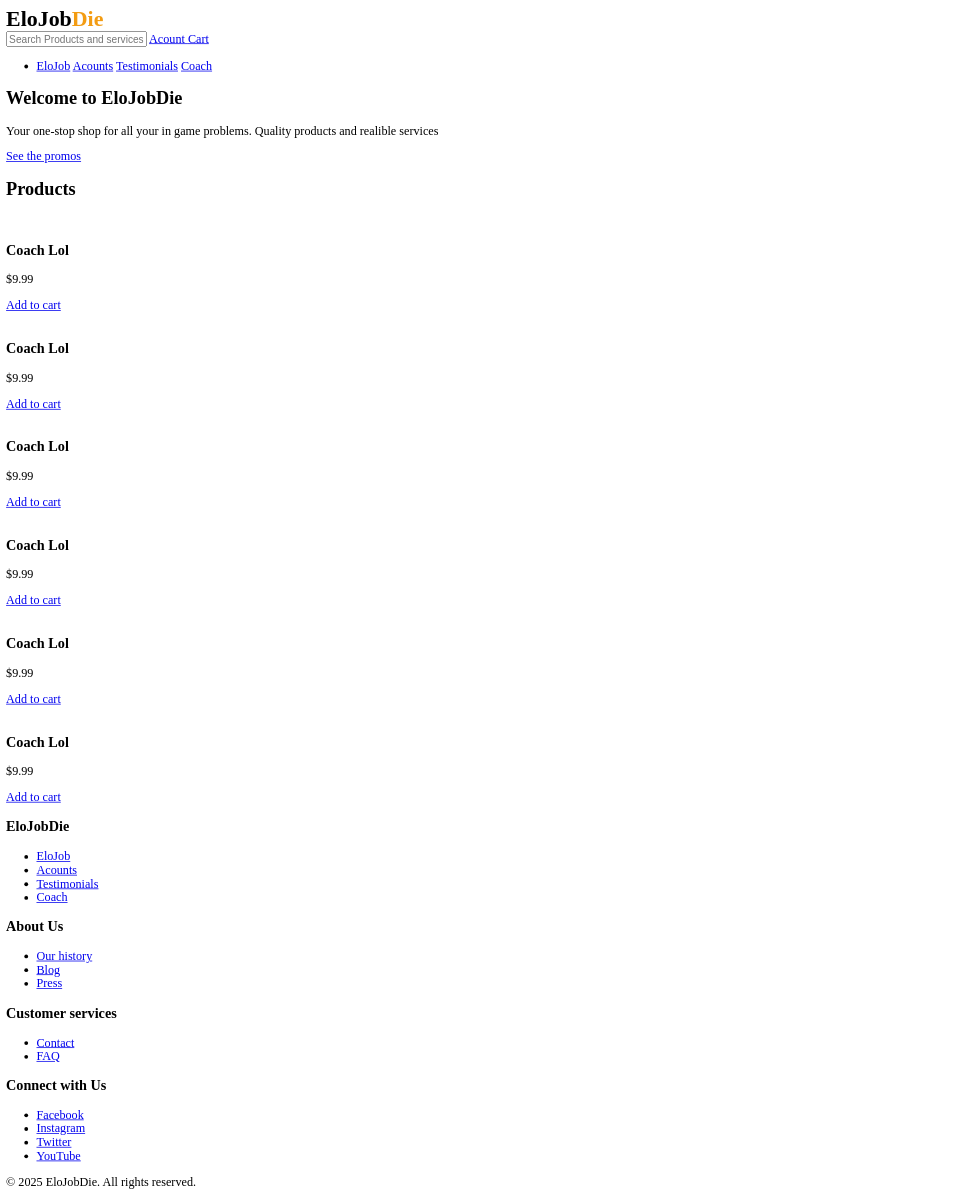
Repository: JustTheHero/web_online_store
Page: homePage.html
The author's editor kept a copy of each file at every save. The page is drawn from the files as they stood at one save, then again after the next save.
The browser window is 1280 px wide. The pictures show the whole page, at 76% of full size.

Above is the page before, as saved 2025-04-24 09:41:39.

### homePage.html
<!DOCTYPE html>
<html>
<head>
    <meta charset="UTF-8">
    <meta name="viewport" content="width=device-width, initial-scale=1.0">
    <title>EloJobDie</title>
    <style>
        .logo {
            font-size: 1.8rem;
            font-weight: bold;
        }
        .logo span {
            color: #f39c12;
        }
    </style>
</head>
<body>
    <header>
        <div class="container_header">
            <div class="logo">
                EloJob<span>Die</span>
            </div>
            <div class="search_bar">
                <input type = "text" placeholder = "Search Products and services"
            </div>
            <dic class = "icons_navigation">
                <a href="#accont"> Acount
                </a>
                <a href="#cart"> Cart
                </a>
            </dic>
        </div>
    </header>
    <nav>
        <div class = "container_nav">
            <ul class = "nav_itens">
                <li>
                    <a href="#elojob">EloJob</a>
                    <a href="#acounts">Acounts</a>
                    <a href="#testimonials">Testimonials</a>
                    <a href="#coach">Coach</a>
                </li>
            </ul>
        </div>
    </nav>
    <section class = "welcome">
        <div class = "container_welcome">
            <h1>Welcome to EloJobDie</h1>
            <p>Your one-stop shop for all your in game problems. Quality products and realible services</p>
            <a href="#promos">See the promos</a>
        </div>
    </section>

    <section class="products">
        <div class = "container_products">
            <h2>Products</h2>
            <div class = "grid_products">
               <div class = "card_products">
                <div class = "image_products">
                    <img src="" alt="">
                </div>
                <div class = "info_products">
                    <h3 class = "title_product">Coach Lol</h3>
                    <p class = "price_product">$9.99</p>
                    <a href="#add_to_cartc"class = "btn">Add to cart</a>
                </div>
               </div>
            </div>
               <div class = "card_products">
                <div class = "image_products">
                    <img src="" alt="">
                </div>
                <div class = "info_products">
                    <h3 class = "title_product">Coach Lol</h3>
                    <p class = "price_product">$9.99</p>
                    <a href="#add_to_cartc"class = "btn">Add to cart</a>
                </div>
               </div>
            </div>
               <div class = "card_products">
                <div class = "image_products">
                    <img src="" alt="">
                </div>
                <div class = "info_products">
                    <h3 class = "title_product">Coach Lol</h3>
                    <p class = "price_product">$9.99</p>
                    <a href="#add_to_cartc"class = "btn">Add to cart</a>
                </div>
               </div>
            </div>
               <div class = "card_products">
                <div class = "image_products">
                    <img src="" alt="">
                </div>
                <div class = "info_products">
                    <h3 class = "title_product">Coach Lol</h3>
                    <p class = "price_product">$9.99</p>
                    <a href="#add_to_cartc"class = "btn">Add to cart</a>
                </div>
               </div>
            </div>
               <div class = "card_products">
                <div class = "image_products">
                    <img src="" alt="">
                </div>
                <div class = "info_products">
                    <h3 class = "title_product">Coach Lol</h3>
                    <p class = "price_product">$9.99</p>
                    <a href="#add_to_cartc"class = "btn">Add to cart</a>
                </div>
               </div>
            </div>
               <div class = "card_products">
                <div class = "image_products">
                    <img src="" alt="">
                </div>
                <div class = "info_products">
                    <h3 class = "title_product">Coach Lol</h3>
                    <p class = "price_product">$9.99</p>
                    <a href="#add_to_cartc"class = "btn">Add to cart</a>
                </div>
               </div>
            </div>
        </div>
    </section>
    <footer>
        <div class = "container_footer">
            <div class = "content_footer">
                <div class = "col_footer">
                    <h3>EloJobDie</h3>
                    <ul>
                        <li><a href="#elojob">EloJob</a></li>
                        <li><a href="#acounts">Acounts</a></li>
                        <li><a href="#testimonials">Testimonials</a></li>
                        <li><a href="#coach">Coach</a></li>
                    </ul>

                </div>
                <div class = "col_footer">
                    <h3>About Us</h3>
                    <ul>
                        <li><a href="#history">Our history</a></li>
                        <li><a href="#blog">Blog</a></li>
                        <li><a href="#press">Press</a></li>
                    </ul>
                </div>
                <div class = "col_footer">
                    <h3>Customer services</h3>
                    <ul>
                        <li><a href="#contact">Contact</a></li>
                        <li><a href="#faq">FAQ</a></li>
                    </ul>
                </div>
                <div class = "col_footer">
                    <h3>Connect with Us</h3>
                    <ul>
                        <li><a href="#facebook">Facebook</a></li>
                        <li><a href="#instagram">Instagram</a></li>
                        <li><a href="#twitter">Twitter</a></li>
                        <li><a href="#youtube">YouTube</a></li>
                    </ul>
                </div>
            </div>
            <div class = "bottom_footer">
                <p>&copy; 2025 EloJobDie. All rights reserved.</p>
            </div>
        </div>
    </footer>


</body>
</html>

After the next save:
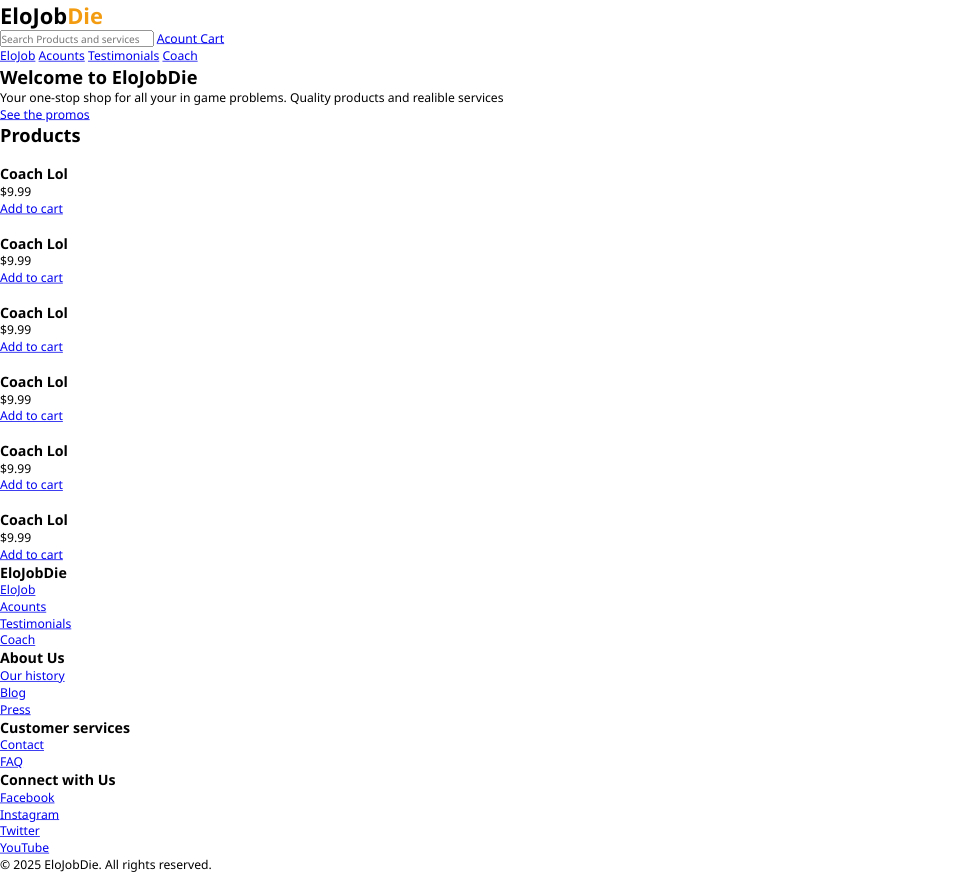
Saved 39 s later.
--- a/homePage.html
+++ b/homePage.html
@@ -5,6 +5,13 @@
     <meta name="viewport" content="width=device-width, initial-scale=1.0">
     <title>EloJobDie</title>
     <style>
+* {
+            margin: 0;
+            padding: 0;
+            box-sizing: border-box;
+            font-family: 'Segoe UI', Tahoma, Geneva, Verdana, sans-serif;
+        }
+
         .logo {
             font-size: 1.8rem;
             font-weight: bold;
